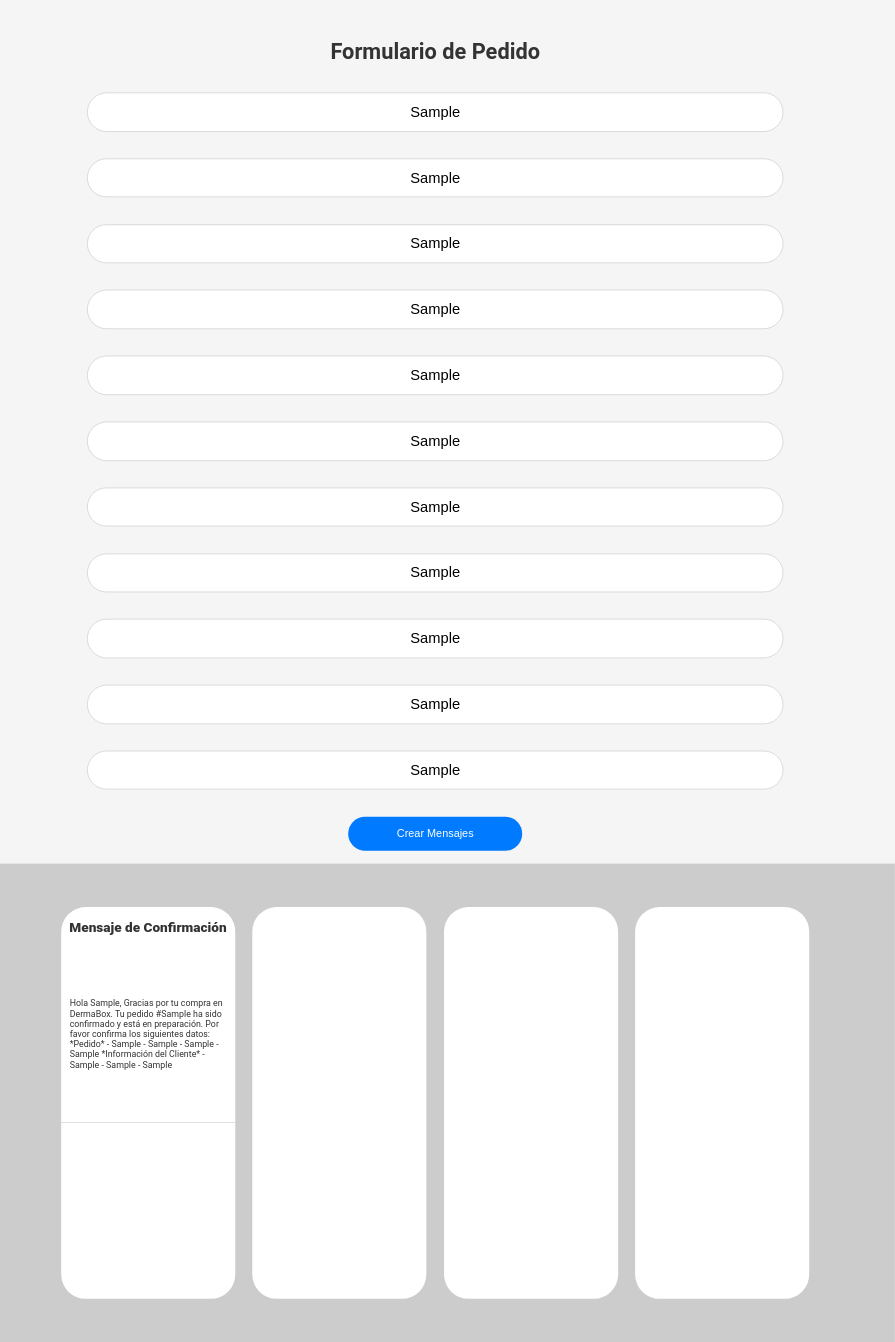
Repository: aCoupon0/intranet
Page: 1/venta-1.html
The author's editor kept a copy of each file at every save. The page is drawn from the files as they stood at one save, then again after the next save.
The browser window is 1280 px wide. The page is 1316 px wide, so the pictures cover 1316 px, including what lies to the right of the window. The pictures show the whole page, at 68% of full size.
Empty fields were first filled with sample values (such as "Sample", 5 or name@example.com).
After loading, the first visible `#boton-enviar` was clicked once.

Above is the page before, as saved 2024-12-09 13:03:10.

### 1/venta-1.html
<!DOCTYPE html>
<html lang="es">

<head>
    <meta charset="UTF-8">
    <meta name="viewport" content="width=device-width, initial-scale=1.0">
    <title>Intranet DermaBox</title>
    <link rel="stylesheet" href="../css/venta.css">
</head>

<body>
    <h1>Formulario de Pedido</h1>

    <!-- Inputs para los productos -->
    <input type="text" id="input-limpiador" class="input-texto" placeholder="Limpiador">
    <input type="text" id="input-hidratante" class="input-texto" placeholder="Hidratante">
    <input type="text" id="input-bloqueador" class="input-texto" placeholder="Bloqueador">
    <input type="text" id="input-potenciador" class="input-texto" placeholder="Potenciador">

    <!-- Inputs para los datos del cliente -->
    <input type="text" id="input-nombre" class="input-texto" placeholder="Nombre">
    <input type="text" id="input-celular" class="input-texto" placeholder="Celular">
    <input type="text" id="input-ciudad" class="input-texto" placeholder="Ciudad">
    <input type="text" id="input-direccion" class="input-texto" placeholder="Dirección">

    <!-- Inputs para código, cobro y método -->
    <input type="text" id="input-codigo" class="input-texto" placeholder="Código">
    <input type="text" id="input-cobro" class="input-texto" placeholder="Cobro">
    <input type="text" id="input-metodo" class="input-texto" placeholder="Método de Pago">

    <!-- Botón para enviar -->
    <button id="boton-enviar" class="boton-enviar">Crear Mensajes</button>

    <div class="primera-fase">
        <div class="section-dual">
            <div class="section-dual-title">Mensaje de Confirmación</div>
            <div class="section-dual-1"></div>
            <div class="section-dual-2"></div>
        </div>
        <div class="section-dual"></div>
        <div class="section-dual"></div>
        <div class="section-dual"></div>
    </div>

    <script src="../js/ventas-shared.js"></script>
</body>

</html>

### css/venta.css
body {
    font-family: 'Roboto', system-ui, -apple-system, BlinkMacSystemFont, 'Segoe UI', sans-serif;
    margin: 0;
    padding: 0;
    display: flex;
    justify-content: center;
    align-items: center;
    height: auto;
    flex-direction: column;
    background-color: #f5f5f5;
    color: #333;
    gap: 1.5vw;
    padding-top: 5vh;
}

input {
    width: 80vw; /* Ocupa el 80% del ancho del contenedor */
    height: 8vh; /* Altura dinámica según el viewport */
    padding: 10px;
    font-size: 3vh;
    border: 1px solid #ccc;
    border-radius: 5vw;
    margin-bottom: 20px; /* Separación del botón */
    box-sizing: border-box;
    text-align: center;
}

.boton-enviar {
    width: 20%; /* Mismo ancho que el input */
    padding: 10px;
    height: 7vh; /* Misma altura que el input */
    font-size: 1rem;
    background-color: #007BFF;
    color: white;
    border: none;
    border-radius: 5vw;
    cursor: pointer;
    transition: background-color 0.3s;
    text-align: center;
}

.boton-enviar:hover {
    background-color: #0056b3;
}


.primera-fase {
    width: 100%;
    height: auto;
    padding: 5% 5vh 5% 5vh;
    display: flex;
    justify-content: center;
    align-content: center;
    background-color: #ccc;
    flex-direction: row;
    gap: 2%;
}

.section-dual {
    width: 20%;
    height: 80vh;
    border-radius: 5vh;
    display: flex;
    flex-direction: column;
    background-color: #ffffff;
    justify-content: flex-start;
    align-items: center;
}

.section-dual-title {
    width: 100%;
    height: 10%;
    display: flex;
    justify-content: center;
    align-items: center;
    font-size: 20px;
    font-weight: 800;
}

.section-dual-1 {
    width: 100%;
    height: 45%;
    border-bottom: 1px solid rgba(128, 128, 128, 0.339);
    display: flex;
    justify-content: flex-start;
    align-items: center;
    text-align: left;
    box-sizing: border-box;
    font-size: 13px;
    font-weight: 400;
    padding: 5%;
}


.section-dual-2 {
    width: 100%;
    height: 45%;
    display: flex;
    justify-content: flex-start;
    align-items: center;
    text-align: left;
    box-sizing: border-box;
    font-size: 13px;
    font-weight: 400;
    padding: 5%;
}

### js/ventas-shared.js
document.getElementById("boton-enviar").addEventListener("click", () => {
    const nombre = document.getElementById("input-nombre").value.trim();
    const codigo = document.getElementById("input-codigo").value.trim();
    const limpiador = document.getElementById("input-limpiador").value.trim();
    const hidratante = document.getElementById("input-hidratante").value.trim();
    const bloqueador = document.getElementById("input-bloqueador").value.trim();
    const potenciador = document.getElementById("input-potenciador").value.trim();
    const ciudad = document.getElementById("input-ciudad").value.trim();
    const direccion = document.getElementById("input-direccion").value.trim();

    // Construir el mensaje
    let mensaje = `Hola ${nombre},\nGracias por tu compra en DermaBox. Tu pedido #${codigo} ha sido confirmado y está en preparación.\n\nPor favor confirma los siguientes datos:\n\n*Pedido*\n`;

    if (limpiador) mensaje += ` - ${limpiador}\n`;
    if (hidratante) mensaje += ` - ${hidratante}\n`;
    if (bloqueador) mensaje += ` - ${bloqueador}\n`;
    if (potenciador) mensaje += ` - ${potenciador}\n`;

    mensaje += `\n*Información del Cliente*\n`;
    if (nombre) mensaje += ` - ${nombre}\n`;
    if (ciudad) mensaje += ` - ${ciudad}\n`;
    if (direccion) mensaje += ` - ${direccion}\n`;

    // Mostrar el mensaje en el div correspondiente
    const sectionDual1 = document.querySelector(".section-dual-1");
    sectionDual1.textContent = mensaje; // Asignar el texto con saltos de línea
});

After the next save:
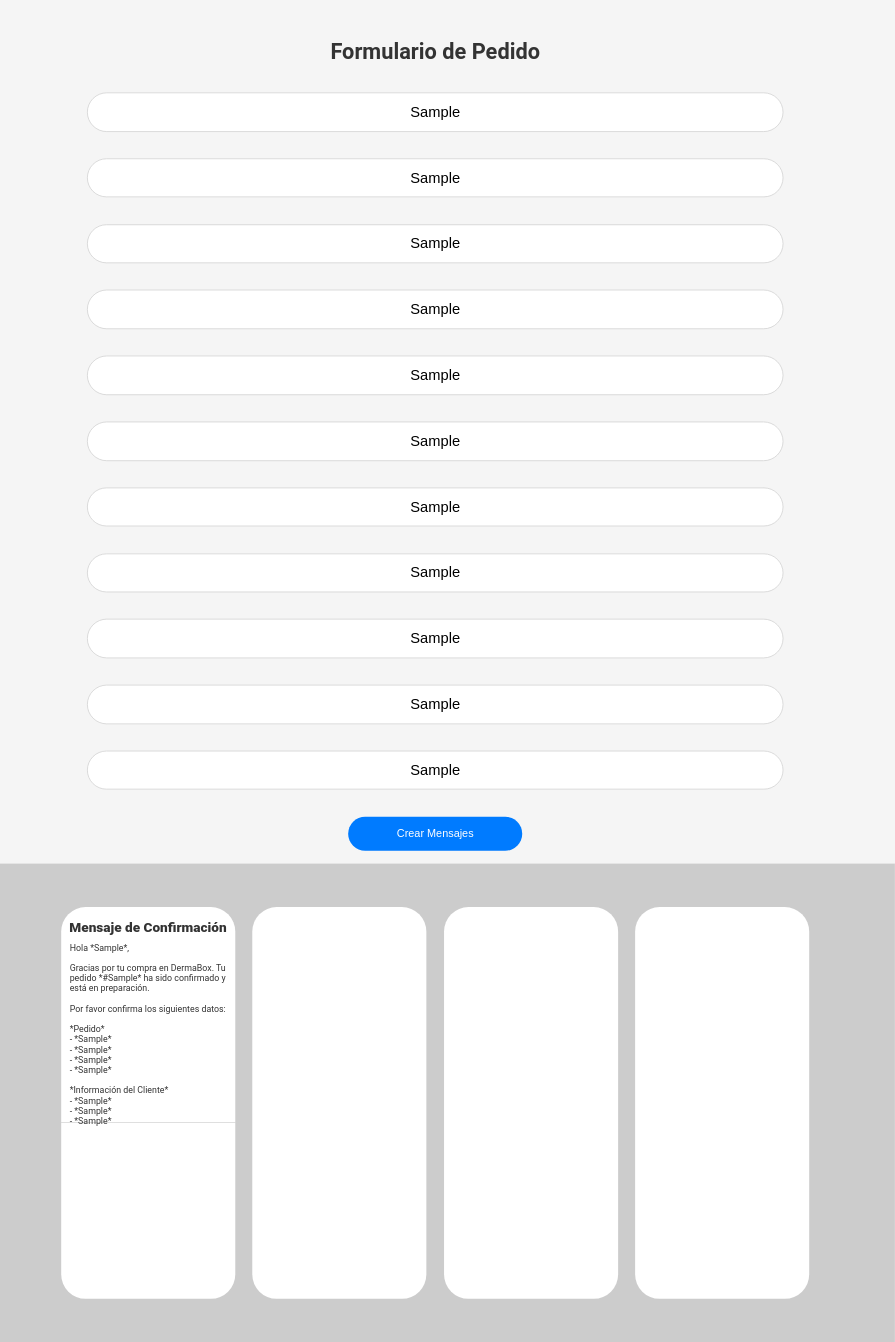
Saved 10 min 28 s later.
--- a/js/ventas-shared.js
+++ b/js/ventas-shared.js
@@ -8,20 +8,20 @@ document.getElementById("boton-enviar").addEventListener("click", () => {
     const ciudad = document.getElementById("input-ciudad").value.trim();
     const direccion = document.getElementById("input-direccion").value.trim();
 
-    // Construir el mensaje
-    let mensaje = `Hola ${nombre},\nGracias por tu compra en DermaBox. Tu pedido #${codigo} ha sido confirmado y está en preparación.\n\nPor favor confirma los siguientes datos:\n\n*Pedido*\n`;
+    // Construir el mensaje con saltos de línea en HTML
+    let mensaje = `Hola *${nombre}*,<br><br>Gracias por tu compra en DermaBox. Tu pedido *#${codigo}* ha sido confirmado y está en preparación.<br><br>Por favor confirma los siguientes datos:<br><br>*Pedido*<br>`;
 
-    if (limpiador) mensaje += ` - ${limpiador}\n`;
-    if (hidratante) mensaje += ` - ${hidratante}\n`;
-    if (bloqueador) mensaje += ` - ${bloqueador}\n`;
-    if (potenciador) mensaje += ` - ${potenciador}\n`;
+    if (limpiador) mensaje += ` - *${limpiador}*<br>`;
+    if (hidratante) mensaje += ` - *${hidratante}*<br>`;
+    if (bloqueador) mensaje += ` - *${bloqueador}*<br>`;
+    if (potenciador) mensaje += ` - *${potenciador}*<br>`;
 
-    mensaje += `\n*Información del Cliente*\n`;
-    if (nombre) mensaje += ` - ${nombre}\n`;
-    if (ciudad) mensaje += ` - ${ciudad}\n`;
-    if (direccion) mensaje += ` - ${direccion}\n`;
+    mensaje += `<br>*Información del Cliente*<br>`;
+    if (nombre) mensaje += ` - *${nombre}*<br>`;
+    if (ciudad) mensaje += ` - *${ciudad}*<br>`;
+    if (direccion) mensaje += ` - *${direccion}*<br>`;
 
     // Mostrar el mensaje en el div correspondiente
     const sectionDual1 = document.querySelector(".section-dual-1");
-    sectionDual1.textContent = mensaje; // Asignar el texto con saltos de línea
+    sectionDual1.innerHTML = mensaje; // Asignar el HTML con saltos de línea
 });
